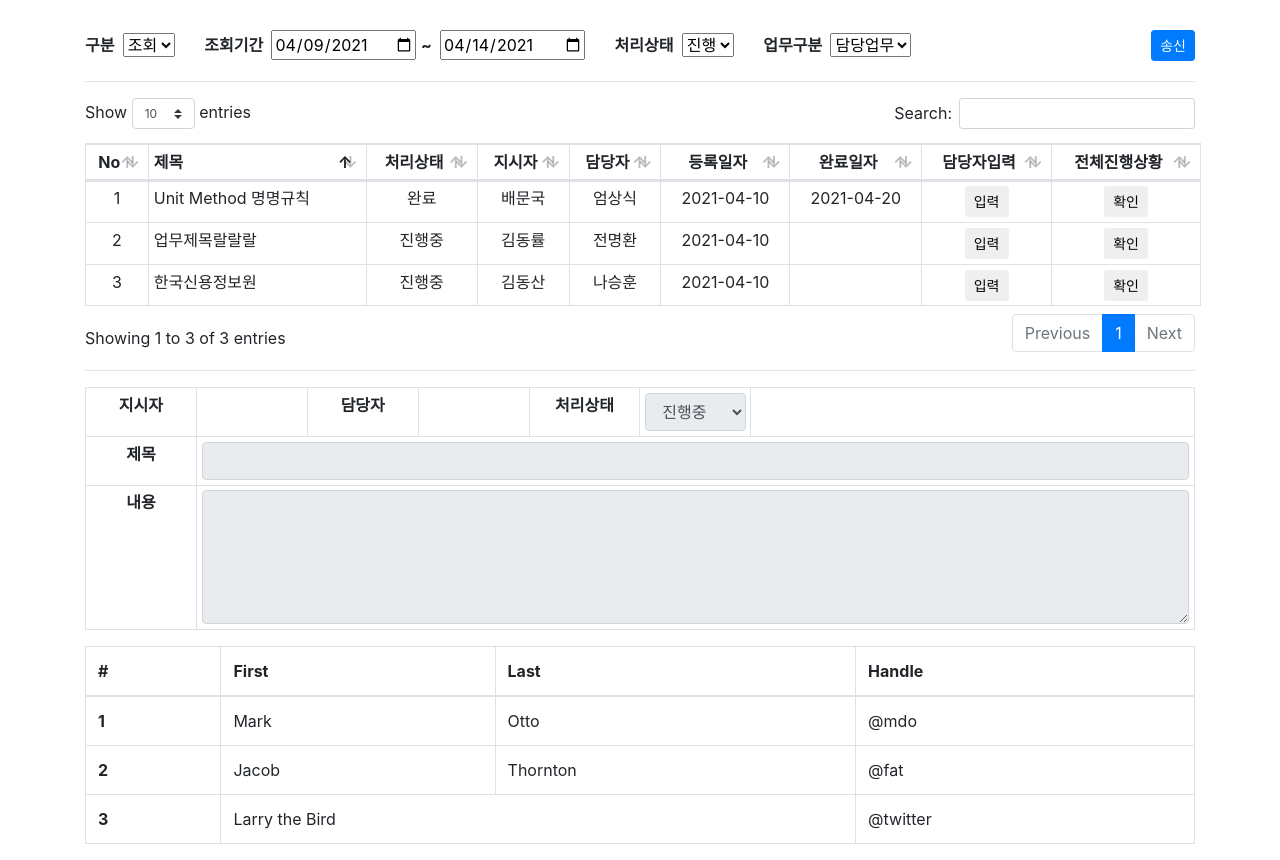
Repository: jungtaeyong/FSB_Project
Page: http://localhost/FsbJobMgt/main.jsp
An editor plug-in stored every save of this project. The page is shown before and after a run of saves, followed by the edit.
The browser window is 1280 px wide. The pictures show the whole page.
The page is served by Tomcat 9.

Above is the page before, as saved 2021-04-15 09:04:00.

### FsbJobMgt/WebContent/main.jsp
<%@ page language="java" contentType="text/html; charset=EUC-KR" pageEncoding="EUC-KR"%>
<%@ include file="/modal1_Adding.jsp" %>

<!DOCTYPE html PUBLIC "-//W3C//DTD HTML 4.01 Transitional//EN" "http://www.w3.org/TR/html4/loose.dtd">
<html>
<head>
<meta http-equiv="Content-Type" content="text/html; charset=EUC-KR">
<title>업무 관리</title>
</head>
<body>
<!-- jquery  -->
<script type="text/javascript" src="js/jquery-3.6.0.min.js"></script>

<!-- bootstrap -->
<link rel="stylesheet" type="text/css" href="lib/Bootstrap-4-4.1.1/css/bootstrap.min.css"/>
<script type="text/javascript" src="lib/Bootstrap-4-4.1.1/js/bootstrap.min.js"></script>

<!-- datatables -->
<link rel="stylesheet" type="text/css" href="lib/DataTables-1.10.24/css/dataTables.bootstrap4.min.css"/>
<script type="text/javascript" src="lib/DataTables-1.10.24/js/jquery.dataTables.min.js"></script>
<script type="text/javascript" src="lib/DataTables-1.10.24/js/dataTables.bootstrap4.min.js"></script>
<script>
$(document).ready(function() {
	/* 초기 조회 조건 세팅 */
	$('#REQUEST_TYPE').val('1'); //구분
	$('#BZWR_STS').val('01'); //처리상태
	$('#BZWR_DSTC').val('2'); //업무구분

	let befor7days= new Date();
	befor7days.setDate(befor7days.getDate()-5);
	document.getElementById('FROM_DATE').valueAsDate = befor7days; //FROM_DATE
	document.getElementById('TO_DATE').valueAsDate = new Date(); //TO_DATE

	/* 테이블 초기 로딩 */
	setTable();

	/* 송신버튼 */
	$('#action_submit').click(function(){
		let dvcd = $('#REQUEST_TYPE').val();
		if(dvcd=='1'){
			alert('조회');
			setTable();
		}else if(dvcd=='2'){
			alert('등록');
			createNewJob();
		}else if(dvcd=='3'){
			alert('변경');
			updateJob();
		}
	});

	/* 구분 변경 이벤트 처리 */
	$('#REQUEST_TYPE').change(function() {
		let dvcd = $('#REQUEST_TYPE').val();
		if(dvcd=='1'){
			$('#BZWR_EXC_CHGR_BTN').hide();
			$('#BZWR_STS_2').attr("disabled",true);
			$('#BZWR_TTL').attr("disabled",true);
			$('#BZWR_CNTN').attr("disabled",true);
		}else if(dvcd=='2'){
			$('#BZWR_INDC_CHGR').text('로그인 유저');
			$('#BZWR_EXC_CHGR').text('');
			$('#BZWR_EXC_CHGR_BTN').show();
			$('#BZWR_STS_2').attr("disabled",true);
			$('#BZWR_TTL').val("");
			$('#BZWR_CNTN').val("");
			$('#BZWR_TTL').removeAttr("disabled");
			$('#BZWR_CNTN').removeAttr("disabled");
		}else if(dvcd=='3'){
			$('#BZWR_EXC_CHGR_BTN').show();
			$('#BZWR_STS_2').removeAttr("disabled");
			$('#BZWR_TTL').removeAttr("disabled");
			$('#BZWR_CNTN').removeAttr("disabled");
			alert('변경할 데이터를 선택해주세요.');
		}
	});

} );

/* 테이블 데이터 로딩 및 기능 세팅 */
function setTable(){
	/* 테이블 데이터 로딩 */
	let jobList = $('#job_list').DataTable( {
        ajax : {
        	url : 'lib/testJson2.json',
        	data : {
        		REQUEST_TYPE:$('#REQUEST_TYPE').val(),
        		FROM_DATE:$('#FROM_DATE').val(),
        		TO_DATE:$('#TO_DATE').val(),
        		BZWR_STS:$('#BZWR_STS').val(),
        		BZWR_DSTC:$('#BZWR_DSTC').val()
        	}
        },
        columns : [
			{data: null },
			{data: "BZWR_TTL" },
            {data: "BZWR_STS", render : function ( data, type, row, meta ) {
            	if(data=="01"){
            		return '진행중';
            	}else if(data=="02"){
            		return '완료';
            	}
            }},
            {data: "BZWR_INDC_CHGR_TXT" },
            {data: "BZWR_EXC_CHGR_TXT" },
            {data: "BZWR_REG_DT" },
            {data: "BZWR_CMPL_DT" },
            {data: null , render : function ( data, type, row, meta ) {
                return '<button name="first_btn" class="btn btn-sm btn-default">입력</button>'
            }},
            {data: null , render : function ( data, type, row, meta ) {
                return '<button name="second_btn" class="btn btn-sm btn-default">확인</button>'
            }}
        ],
        columnDefs: [{ className: 'text-center', targets: [0,2,3,4,5,6,7,8] }],
        order: [[ 1, 'asc' ]]
    } );

	/* 테이블 Index 생성을 위한 함수 */
	jobList.on( 'order.dt search.dt', function () {
		jobList.column(0, {search:'applied', order:'applied'}).nodes().each( function (cell, i) {
            cell.innerHTML = i+1;
        } );
    } ).draw();

	/* 테이블 클릭 이벤트  -> 클릭한 row에 해당하는 데이터를 상세 정보에 보여줌*/
	$('#job_list tbody').on('click', 'td:nth-child(-n+7)', function () {
		let data = jobList.row( this ).data();
        console.log('Table Click Event',data);

		if($('#REQUEST_TYPE').val()!='2'){ //"구분-등록" 상태면 반응 없음.
	        $('#BZWR_INDC_CHGR').text(data.BZWR_INDC_CHGR_TXT); //지시자
	        $('#BZWR_EXC_CHGR').text(data.BZWR_EXC_CHGR_TXT); //담당자
	        $('#BZWR_STS_2').val(data.BZWR_STS); //처리상태(업무상태)
	        $('#BZWR_TTL').val(data.BZWR_TTL); //제목
	        $('#BZWR_CNTN').val(data.BZWR_CNTN); //내용
	        if($('#REQUEST_TYPE').val()=='1' || data.BZWR_STS=='02'){
	        	$('#BZWR_EXC_CHGR_BTN').hide();
				$('#BZWR_STS_2').attr("disabled",true);
				$('#BZWR_TTL').attr("disabled",true);
				$('#BZWR_CNTN').attr("disabled",true);
	        }else{
	        	$('#BZWR_EXC_CHGR_BTN').show();
				$('#BZWR_STS_2').removeAttr("disabled");
				$('#BZWR_TTL').removeAttr("disabled");
				$('#BZWR_CNTN').removeAttr("disabled");
	        }
		}
    } );

	/* 선택된  row 하이라이트 */
	$('#job_list tbody').on('click', 'tr', function() {
		$('#job_list tbody > tr').css('background-color','#ffffff');
		$(this).css('background-color','#f0f5f5');
	});

	/* 테이블 버튼 이벤트(담당자입력) */
	$('#job_list tbody').on( 'click', 'button[name="first_btn"]', function () {
        let data = jobList.row( $(this).parents('tr') ).data();
		//console.log("First Button",data);
		setData(data); //모달 페이지로 데이터를 전달하기 위한 함수
		$('#exampleModal').modal();
    } );

	/* 테이블 버튼 이벤트(전체진행상황) */
	$('#job_list tbody').on( 'click', 'button[name="second_btn"]', function () {
        let data = jobList.row( $(this).parents('tr') ).data();
		//console.log("Second Button",data);
        setData(data); //모달 페이지로 데이터를 전달하기 위한 함수
		$('#exampleModalCenter').modal();
    } );
}

/* 등록 */
function createNewJob(){
	$.ajax({
		url:'',
		dataType:'application/json',
		data : {
			REQUEST_TYPE:$('#REQUEST_TYPE').val(), //구분(조회,등록,변경)
			BZWR_DSTC:$('#BZWR_DSTC').val(), //업무구분
			BZWR_INDC_CHGR:'로그인 유저', //업무지시담당자
			BZWR_EXC_CHGR:'담당자', //업무수행담당자
			BZWR_STS:'1', //업무상태 (등록 시 진행으로 세팅)
			BZWR_TTL:$('#BZWR_TTL').val(), //업무제목
			BZWR_CNTN:$('#BZWR_CNTN').val() //업무내용
		},
		success:function(data){
			alert('등록 되었습니다.');
	   }
	})
}

/* 변경 */
function updateJob(){
	$.ajax({
		url:'',
		dataType:'application/json',
		data : {
			REQUEST_TYPE:$('#REQUEST_TYPE').val(), //구분(조회,등록,변경)
			BZWR_DSTC:$('#BZWR_DSTC').val(), //업무구분
			BZWR_EXC_CHGR:'담당자', //업무수행담당자
			BZWR_STS:$('#BZWR_STS_2').val(), //업무상태
			BZWR_TTL:$('#BZWR_TTL').val(), //업무제목
			BZWR_CNTN:$('#BZWR_CNTN').val() //업무내용
		},
		success:function(data){
			alert('변경 되었습니다.');
	   }
	})
}

</script>
<div class="container" style="margin-top:30px">
	<!-- 조회 조건 -->
	<div>
		<div>
			<label style="font-weight:bold;">구분&nbsp;</label>
			<select id="REQUEST_TYPE" style="margin-right:25px">
			    <option value="1">조회</option>
			    <option value="2">등록</option>
			    <option value="3">변경</option>
			</select>
			<label style="font-weight:bold">조회기간&nbsp;</label>
			<input type="date" id="FROM_DATE" style="width:145px" value=""/>
			<label style="font-weight:bold">~&nbsp;</label>
			<input type="date" id="TO_DATE" value=""  style="margin-right:25px;width:145px"/>
			<label style="font-weight:bold;">처리상태&nbsp;</label>
			<select id="BZWR_STS" style="margin-right:25px">
			    <option value="01">진행</option>
			    <option value="02">완료</option>
			    <option value="03">전체</option>
			</select>
			<label style="font-weight:bold;">업무구분&nbsp;</label>
			<select id="BZWR_DSTC">
			    <option value="1">지시업무</option>
			    <option value="2">담당업무</option>
			</select>
			<input type='button' id="action_submit" class="btn btn-sm btn-primary" style="float:right" value='송신'/>
		</div>
	</div>
	<hr/>
	<!-- 목록 -->
	<div>
		<table id="job_list" class="table table-sm table-bordered">
	        <thead>
	            <tr>
	            	<th>No</th>
	                <th>제목</th>
	                <th>처리상태</th>
	                <th>지시자</th>
	                <th>담당자</th>
	                <th>등록일자</th>
	                <th>완료일자</th>
	                <th>담당자입력</th>
	                <th>전체진행상황</th>
	            </tr>
	        </thead>
	    </table>
	</div>
	<hr/>
	<!-- 상세 -->
	<div>
		<table class="table table-sm table-bordered display" style="text-align:center;">
			<tr>
				<th scope="col" width="10%">지시자</th>
				<td scope="col" id="BZWR_INDC_CHGR" width="10%"></td>
				<th scope="col" width="10%">담당자</th>
				<td scope="col" width="10%">
					<span id="BZWR_EXC_CHGR"></span>
					<button id="BZWR_EXC_CHGR_BTN" class="btn btn-sm btn-info" style="display:none">선택</button>
				</td>
				<th scope="col" width="10%">처리상태</th>
				<td scope="col" width="10%">
					<select id="BZWR_STS_2" class="form-control input-sm" disabled>
					    <option value="01">진행중</option>
					    <option value="02">완료</option>
					</select>
				</td>
				<td scope="col"></td>
			</tr>
			<tr>
				<th scope="row">제목</th><td colspan="6"><input type="text" id="BZWR_TTL" class="form-control input-sm" disabled/></td>
			</tr>
			<tr>
				<th scope="row">내용</th><td colspan="6"><textarea ID="BZWR_CNTN" class="form-control input-sm" rows="5" disabled></textarea></td>
			</tr>
		</table>
	</div>

	<div>
	<table class="table table-bordered">
  <thead>
    <tr>
      <th scope="col">#</th>
      <th scope="col">First</th>
      <th scope="col">Last</th>
      <th scope="col">Handle</th>
    </tr>
  </thead>
  <tbody>
    <tr>
      <th scope="row">1</th>
      <td>Mark</td>
      <td>Otto</td>
      <td>@mdo</td>
    </tr>
    <tr>
      <th scope="row">2</th>
      <td>Jacob</td>
      <td>Thornton</td>
      <td>@fat</td>
    </tr>
    <tr>
      <th scope="row">3</th>
      <td colspan="2">Larry the Bird</td>
      <td>@twitter</td>
    </tr>
  </tbody>
</table>
	</div>
</div>
</body>
</html>

### FsbJobMgt/WebContent/modal1_Adding.jsp
<%@ page language="java" contentType="text/html; charset=EUC-KR"
    pageEncoding="EUC-KR"%>
<!DOCTYPE html>

<html lang="en">
  <head>
    <!-- Required meta tags -->
    <meta charset="utf-8">
    <meta name="viewport" content="width=device-width, initial-scale=1, shrink-to-fit=no">

	<!-- jquery  -->
	<script type="text/javascript" src="js/jquery-3.6.0.min.js"></script>

	<!-- bootstrap -->
	<link rel="stylesheet" type="text/css" href="lib/Bootstrap-4-4.1.1/css/bootstrap.min.css"/>
	<script type="text/javascript" src="lib/Bootstrap-4-4.1.1/js/bootstrap.min.js"></script>




<!--     드롭다운 style -->
    <style>
	.dropbtn {
	  background-color: #4CAF50;
	  color: white;
	  padding: 16px;
	  font-size: 16px;
	  border: none;
	}

	.dropdown {
	  position: relative;
	  display: inline-block;
	}

	.dropdown-content {
	  display: none;
	  position: absolute;
	  background-color: #f1f1f1;
	  min-width: 160px;
	  box-shadow: 0px 8px 16px 0px rgba(0,0,0,0.2);
	  z-index: 1;
	}

	.dropdown-content a {
	  color: black;
	  padding: 12px 16px;
	  text-decoration: none;
	  display: block;
	}

	.dropdown-content a:hover {background-color: #ddd;}

	.dropdown:hover .dropdown-content {display: block;}

	.dropdown:hover .dropbtn {background-color: #3e8e41;}
	</style>

  </head>
  <script>
	function setData(data){
		let dataObjFromMain; //dataObjFromMain.JOB_CD 처럼 접근해서 사용.
		dataObjFromMain=data;
		console.log('dataObjFromMain',dataObjFromMain); //확인용

		/* 여기에 DB에 데이터 요청하고 받아오고 view에 적용하는 로직 작성 */
	}
  </script>
  <body>
    <!--
    <h1>In Page</h1>
	<button type="button" class="btn btn-primary" data-toggle="modal" data-target="#exampleModal" data-whatever="@mdo">담당자 추가</button>
	-->


	<!-- 	### 담당자 추가 -->
	<div class="modal fade" id="exampleModal" tabindex="-1" role="dialog" aria-labelledby="exampleModalLabel" aria-hidden="true">
	  <div class="modal-dialog" role="document">
	    <div class="modal-content">
	      <div class="modal-header">
	        <h5 class="modal-title" id="exampleModalLabel">담당자 추가</h5>
	        <button type="button" class="close" data-dismiss="modal" aria-label="Close">
	          <span aria-hidden="true">&times;</span>
	        </button>
	      </div>

	      <div class="modal-body">
		    <b>최초 지시자&emsp;</b> <em>OOO</em>
		    &emsp;&emsp;&emsp;&emsp;&emsp;
		    <b>현재 담당자&emsp;</b> <em>OOO</em>

	     	<br/><br/>

			<table>
				<tr><!--행(row)선언-->
	                <th><b>추가 담당자</b></th>


	                	<!-- <input type="text" name = "UserID" value="" placeholder = "담당자 입력" style="width:100px; right:30%;"/> -->
	                	<!-- <input type="text" class="form-control" id="recipient-name" style="width:100px; padding-left:10px"> -->
	                	<td>
	                	&emsp;
	                		<select name="solar_birth_yn" id="solar_birth_yn">
		                		<option value="none">부 서</option>
		 				       	<option value="1">IT</option>
					       	 	<option value="2">일반본부</option>
					   		</select>
					   	&emsp;
					   		<select name="solar_birth_yn" id="solar_birth_yn">
		                		<option value="none">팀</option>
		 				       	<option value="1">계정운영팀</option>
					       	 	<option value="2">계정개발팀</option>
					   		</select>
					   	&emsp;
					   		<select name="solar_birth_yn" id="solar_birth_yn">
		                		<option value="none">사원</option>
		 				       	<option value="1">홍길동</option>
					       	 	<option value="2">김동율</option>
					   		</select>
					    </td>

	                <!-- <th rowspan="2"><input type="submit" value="로그인"/></th> -->
        	    </tr>
			</table>


			<hr>

	        <form>
	          <div class="form-group">
	            <label for="recipient-name" class="col-form-label">제 목</label>
	            <input type="text" class="form-control" id="recipient-name">
	          </div>
	          <div class="form-group">
	            <label for="message-text" class="col-form-label">내 용</label>
	            <textarea class="form-control" id="message-text" style="height:100px"></textarea>
	          </div>
	        </form>
	      </div>

	      <div class="modal-footer">
	        <button type="button" class="btn btn-secondary" data-dismiss="modal">닫기</button>
	        <button type="button" class="btn btn-primary">등록</button>
	      </div>
	    </div>
	  </div>
	</div>

	<!-- 	### 지시현황 체크 -->
		<!-- Button trigger modal -->
	<!--
	<button type="button" class="btn btn-primary" data-toggle="modal" data-target="#exampleModalCenter">
	  지시현황
	</button>
	-->

	<!-- Modal -->
	<div class="modal fade" id="exampleModalCenter" tabindex="-1" role="dialog" aria-labelledby="exampleModalCenterTitle" aria-hidden="true">
	  <div class="modal-dialog modal-dialog-centered" role="document">
	    <div class="modal-content">
	      <div class="modal-header">
	        <h5 class="modal-title" id="exampleModalCenterTitle">지시현황</h5>
	        <button type="button" class="close" data-dismiss="modal" aria-label="Close">
	          <span aria-hidden="true">&times;</span>
	        </button>
	      </div>

	      <div class="modal-body">
		     <table class="table">
				 <thead>
				   <tr>
				      <th>지시자</th>
				      <th>담당자</th>
				      <th>처리 상태</th>
   				      <th>지시 일자</th>
				   </tr>
				 </thead>
				 <tbody>
				   <tr>
				      <td>John</td>
				      <td>Doe</td>
				      <td>진행중</td>
				      <td>2021.03.01</td>
				   </tr>
				   <tr>
				      <td>Doe</td>
				      <td>Moe</td>
				      <td>진행중</td>
   				      <td>2021.04.02</td>
				   </tr>
				   <tr>
				      <td>Moe</td>
				      <td>Ryul</td>
				      <td>완료</td>
				      <td>2021.04.10</td>
				   </tr>
				 </tbody>
			</table>
	      </div>

	      <div class="modal-footer">
	        <button type="button" class="btn btn-secondary" data-dismiss="modal">닫기</button>
	      </div>
	    </div>
	  </div>
</div>




 </body>
</html>

### FsbJobMgt/WebContent/lib/testJson2.json
{
  "data": [
    {
      "BZWR_DSTC": "1",
      "JOB_CD": "20210410123456",
      "SQNO": "1",
      "BZWR_STS": "01",
      "BZWR_REG_DT": "2021-04-10",
      "BZWR_CMPL_DT": "",
      "BZWR_INDC_CHGR": "221001",
      "BZWR_INDC_CHGR_TXT": "김동률",
      "BZWR_EXC_CHGR":"221002",
      "BZWR_EXC_CHGR_TXT":"전명환",
      "BZWR_TTL":"업무제목랄랄랄",
      "BZWR_CNTN":"업무내용호롤롤롤"
    },
    {
      "BZWR_DSTC": "1",
      "JOB_CD": "20210410153215",
      "SQNO": "2",
      "BZWR_STS": "01",
      "BZWR_REG_DT": "2021-04-10",
      "BZWR_CMPL_DT": "",
      "BZWR_INDC_CHGR": "221001",
      "BZWR_INDC_CHGR_TXT": "김동산",
      "BZWR_EXC_CHGR":"221002",
      "BZWR_EXC_CHGR_TXT":"나승훈",
      "BZWR_TTL":"한국신용정보원",
      "BZWR_CNTN":"일반신용정보관리규약 실무 해설"
    },
    {
      "BZWR_DSTC": "1",
      "JOB_CD": "20210410095031",
      "SQNO": "3",
      "BZWR_STS": "02",
      "BZWR_REG_DT": "2021-04-10",
      "BZWR_CMPL_DT": "2021-04-20",
      "BZWR_INDC_CHGR": "221001",
      "BZWR_INDC_CHGR_TXT": "배문국",
      "BZWR_EXC_CHGR":"221002",
      "BZWR_EXC_CHGR_TXT":"엄상식",
      "BZWR_TTL":"Unit Method 명명규칙",
      "BZWR_CNTN":"피대문자 어플리케이션코드 세자리 대문자 업무구분코드"
    }
 ]
}

Loaded but not shown: FsbJobMgt/WebContent/js/jquery-3.6.0.min.js (library); FsbJobMgt/WebContent/lib/Bootstrap-4-4.1.1/css/bootstrap.min.css (library); FsbJobMgt/WebContent/lib/Bootstrap-4-4.1.1/js/bootstrap.min.js (library); FsbJobMgt/WebContent/lib/DataTables-1.10.24/css/dataTables.bootstrap4.min.css (library); FsbJobMgt/WebContent/lib/DataTables-1.10.24/js/jquery.dataTables.min.js (library); FsbJobMgt/WebContent/lib/DataTables-1.10.24/js/dataTables.bootstrap4.min.js (library)

After the next 2 saves:
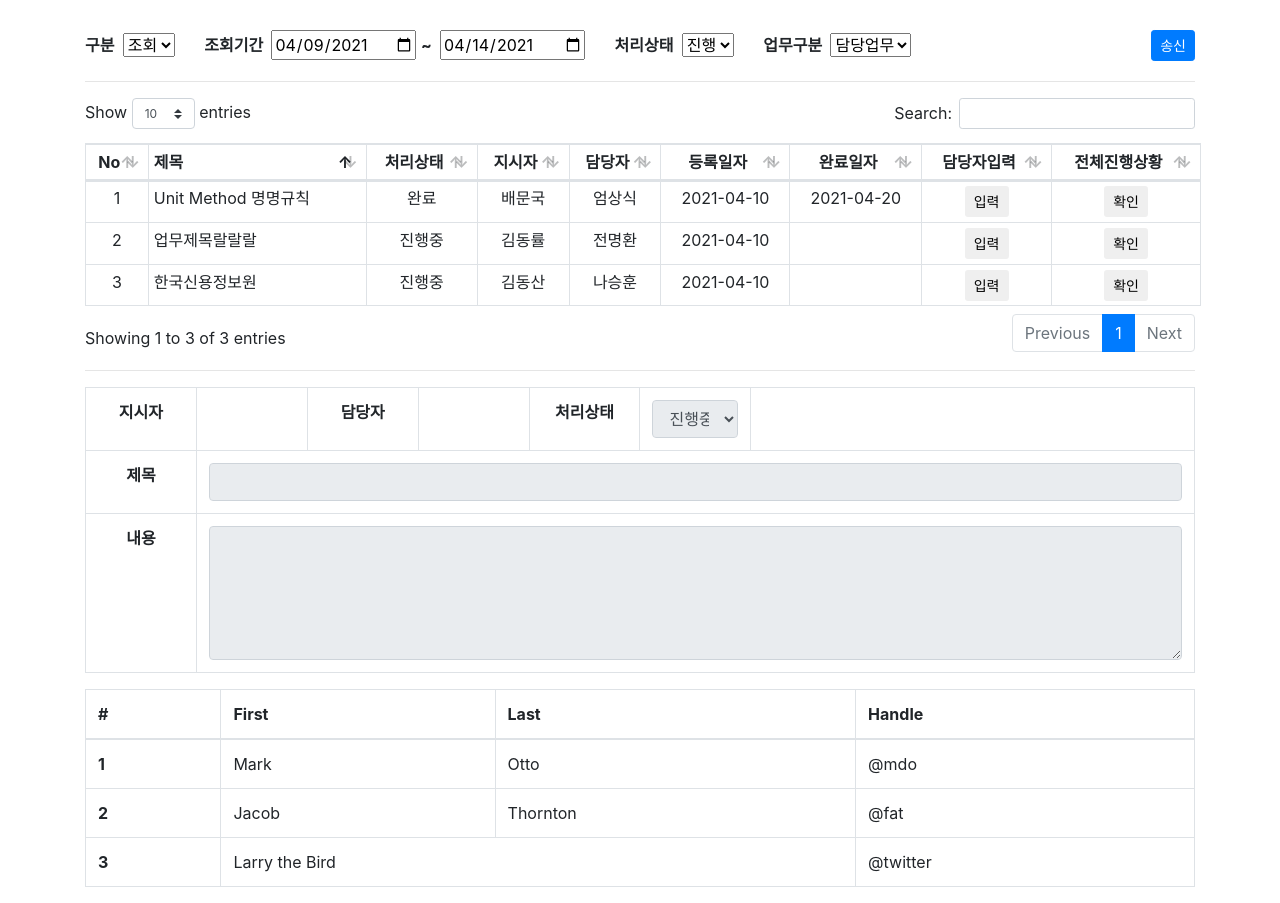
The 2 saves are shown as one change because they came seconds apart.
The last was saved 11 s later.
--- a/FsbJobMgt/WebContent/main.jsp
+++ b/FsbJobMgt/WebContent/main.jsp
@@ -261,7 +261,7 @@
 	<hr/>
 	<!-- 상세 -->
 	<div>
-		<table class="table table-sm table-bordered display" style="text-align:center;">
+		<table class="table table-bordered" style="text-align:center;">
 			<tr>
 				<th scope="col" width="10%">지시자</th>
 				<td scope="col" id="BZWR_INDC_CHGR" width="10%"></td>

After the save that followed:
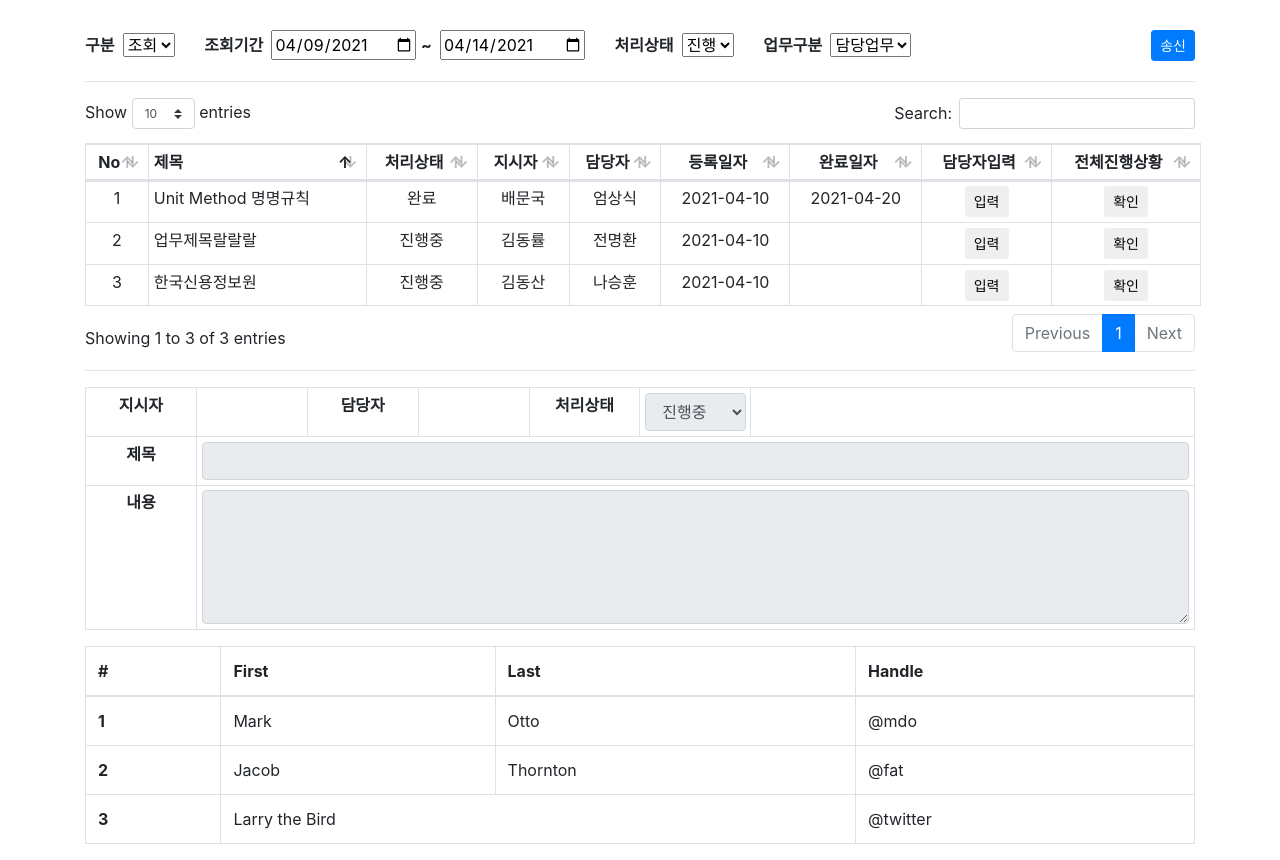
Saved 10 s later.
--- a/FsbJobMgt/WebContent/main.jsp
+++ b/FsbJobMgt/WebContent/main.jsp
@@ -261,7 +261,7 @@
 	<hr/>
 	<!-- 상세 -->
 	<div>
-		<table class="table table-bordered" style="text-align:center;">
+		<table class="table table-bordered table-sm display" style="text-align:center;">
 			<tr>
 				<th scope="col" width="10%">지시자</th>
 				<td scope="col" id="BZWR_INDC_CHGR" width="10%"></td>
